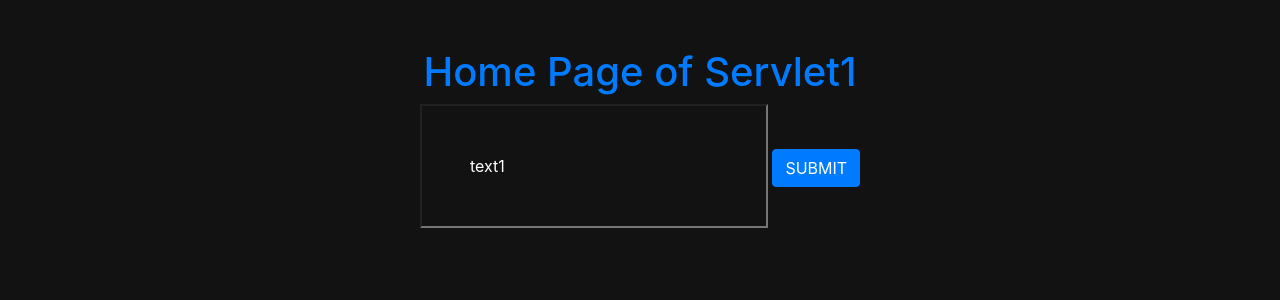
Repository: Gouravgilhare/Servlet
Page: http://localhost/SERVLET1/
An editor plug-in stored every save of this project. The page is shown before and after the next save, followed by the edit.
The browser window is 1280 px wide. The pictures show the whole page.
The page is served by Tomcat 10.

Above is the page before, as saved 2025-07-16 11:55:52.

After the next save:
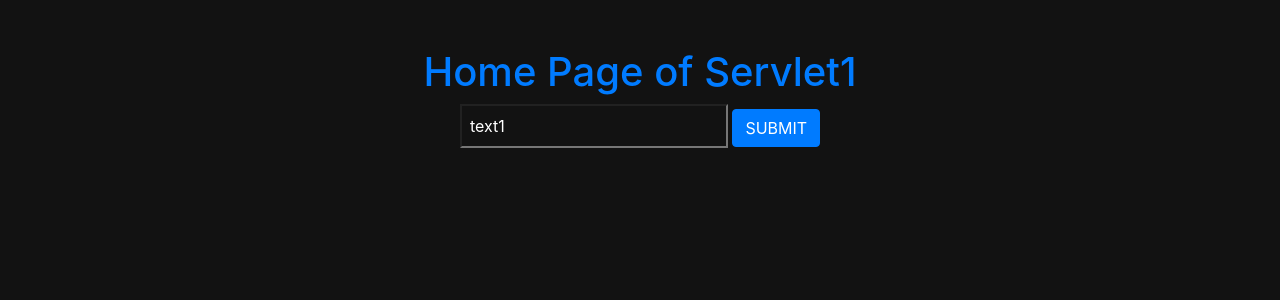
Saved 11 s later.
--- a/SERVLET1/src/main/webapp/index.jsp
+++ b/SERVLET1/src/main/webapp/index.jsp
@@ -17,7 +17,7 @@
 
             <form action="<%= application.getContextPath() %>/third" method="POST">
 
-            	<input type="text" class = "p-5" value="text1" placeholder ="Enter Text">
+            	<input type="text" class = "p-2" value="text1" placeholder ="Enter Text">
             	<input type="submit" class = "btn  btn-primary" value="SUBMIT" placeholder ="SUBMIT">
             </form>
         </div>
